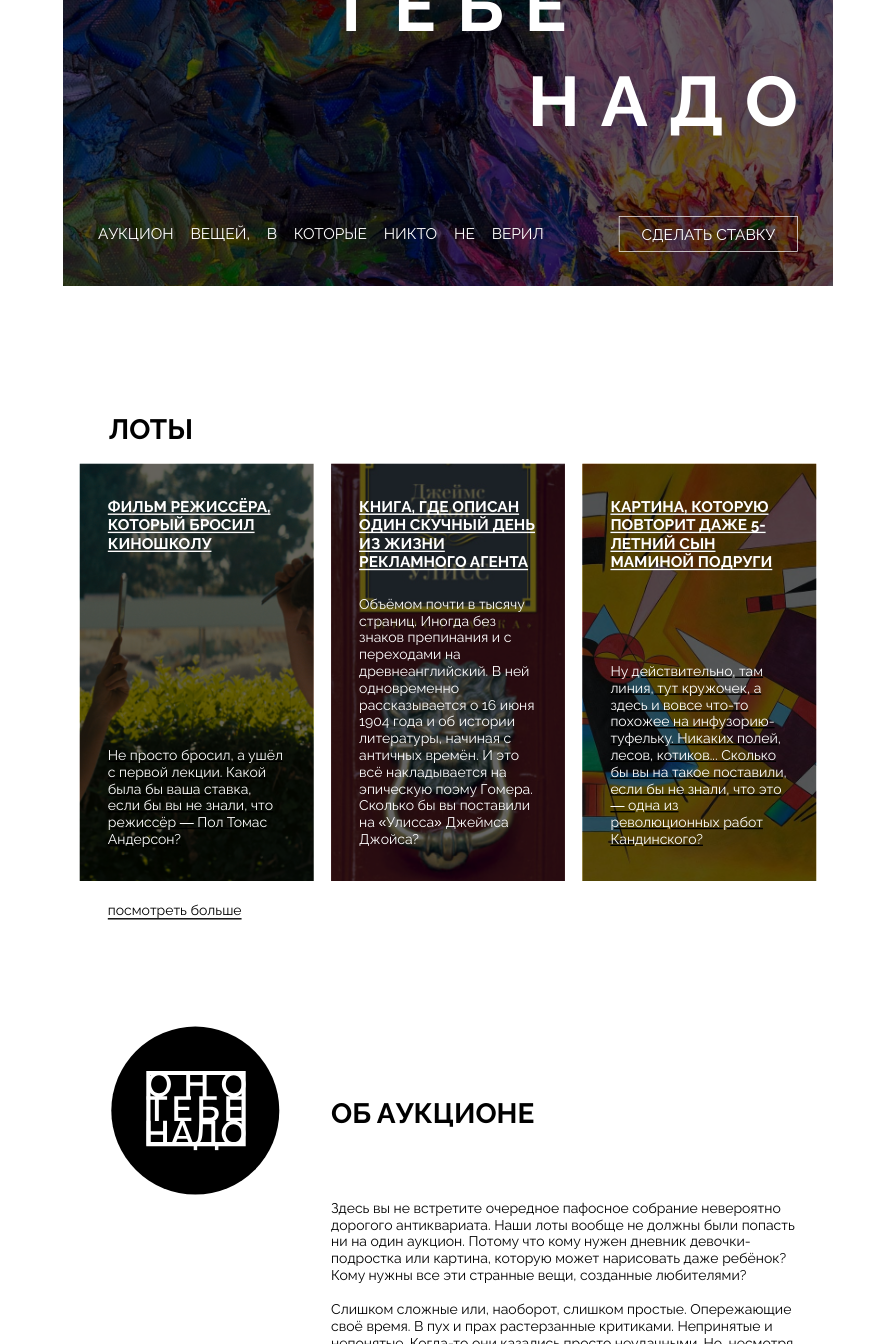
Repository: NikWolf75/ono-tebe-nado-fd
Page: index.html
An editor plug-in stored every save of this project. The page is shown before and after a run of saves, followed by the edit.
The browser window is 1280 px wide. The pictures show the part of the page from y = 641 to 2561 px (the page is 3027 px tall), at 70% of full size.

Above is the page before, as saved 2024-12-18 22:47:42.

### index.html
<!DOCTYPE html>
<html lang="ru">
  <head>
    <meta charset="UTF-8">
    <meta http-equiv="X-UA-Compatible" content="IE=edge">
    <meta name="viewport" content="width=device-width, initial-scale=1.0">
    <link href="./fonts/fonts.css" rel="stylesheet">
    <link href="./styles/global.css" rel="stylesheet">
    <link href="./styles/style.css" rel="stylesheet">
    <title>Оно тебе надо — аукцион вещей, в которые никто не верил</title>
  </head>
  <body>
    <header class="header">
      <nav class="header__menu">
        <ul class="header__links-list">
          <li class="header__links-list-item header__links-list-item_no-bullit">
            <a class="header__link header__link-active" href="#main">главная</a>
          </li>
          <li class="header__links-list-item">
            <a class="header__link" href="#lots">посмотреть лоты</a>
          </li>
          <li class="header__links-list-item">
            <a class="header__link" href="#about-lots">об аукционе</a>
          </li>
        </ul>
      </nav>
      <a class="header__logo">
        <img
          class="header__logo-image"
          src="./images/logo-black.svg"
          alt="Лого"
        >
      </a>
      <address class="address header__address">
        <a href="tel:+99995555555">+9 999 555 5555</a>
        <a href="mailto:info@sobaka.ge">info@sobaka.ge</a>
        <p> наб. Принсенграхт 263- 265, Амстердам</p>
      </address>
    </header>
    <main>
      <section class="cover">
        <div class="overlay"></div>
        <h1 class="cover__title">
          <span class="cover__main-text text-left">Оно</span>
          <span class="cover__main-text text-center">Тебе</span>
          <span class="cover__main-text text-right">Надо</span>
        </h1>
        <div class="cover__discription">
          <p class="cover__discription-text">Аукцион вещей, в которые никто не верил</p>
          <button class="bet-button">Сделать ставку</button>
        </div>
      </section>
      <section class="lots">
        <h2 class="lots__heading">Лоты</h2>
          <ul class="lots__card-list">
            <li class="lots__card-list-item">
              <a class="card-link" href="#main">
                <article class="card card__type_film">
                  <div class="overlay"></div>
                  <h3 class="card__title">
                    Фильм режиссёра, который бросил киношколу
                  </h3>
                  <p class="card__text">
                    Не просто бросил, а ушёл
                    с первой лекции. Какой
                    была бы ваша ставка, если бы вы не знали, что
                    режиссёр — Пол Томас
                    Андерсон?
                  </p>
                </article>
              </a>
            </li>
            <li class="lots__card-list-item">
              <a class="card__link" href="#main">
                <article class="card card__type_book">
                  <div class="overlay"></div>
                  <h3 class="card__title">
                    Книга, где описан
                    один скучный день
                    из жизни
                    рекламного агента
                  </h3>
                  <p class="card__text">
                    Объёмом почти в тысячу
                    страниц. Иногда без
                    знаков препинания и с переходами на
                    древнеанглийский. В ней
                    одновременно
                    рассказывается о 16 июня
                    1904 года и об истории
                    литературы, начиная с
                    античных времён. И это
                    всё накладывается на
                    эпическую поэму Гомера.
                    Сколько бы вы поставили
                    на «Улисса» Джеймса
                    Джойса?
                  </p>
                </article>
              </a>
            </li>
            <li class="lots__card-list-item">
              <a class="card-link" href="#main">
                <article class="card card__type_picture">
                  <div class="overlay"></div>
                  <h3 class="card__title">
                    Картина, которую
                    повторит даже 5-
                    летний сын
                    маминой подруги
                  </h3>
                  <p class="card__text">
                    Ну действительно, там
                    линия, тут кружочек, а
                    здесь и вовсе что-то
                    похожее на инфузорию-
                    туфельку. Никаких полей,
                    лесов, котиков... Сколько
                    бы вы на такое поставили,
                    если бы не знали, что это
                    — одна из
                    революционных работ
                    Кандинского?
                  </p>
                </article>
              </a>
            </li>
          </ul>
          <a class="lots__look-more-link" href="#main">посмотреть больше</a>
      </section>
      <section class="about" id="#about">
        <div class="about__column">
          <div class="about__logo">
            <img
              class="about__logo-image"
              src="./images/logo-white.svg"
              alt="Лого"
            >
          </div>
        </div>
        <div class="about__column">
          <h2 class="about__title">Об аукционе</h2>
          <div class="about__text">
            <p>
              Здесь вы не встретите очередное пафосное собрание невероятно
              дорогого антиквариата. Наши лоты вообще не должны были попасть
              ни на один аукцион. Потому что кому нужен дневник девочки-
              подростка или картина, которую может нарисовать даже ребёнок?
              Кому нужны все эти странные вещи, созданные любителями?
            </p>
            <p>
              Слишком сложные или, наоборот, слишком простые. Опережающие
              своё время. В пух и прах растерзанные критиками. Непринятые
              и непонятые. Когда-то они казались просто неудачными. Но, несмотря
              <br>на критику, кажущуюся простоту или сложность, сейчас без этих
              лотов невозможно представить современную культуру. Когда в эти вещи не
              верил никто, продолжали верить их создатели. И сейчас эти лоты
              стали культовыми.
            </p>
          </div>
        </div>
      </section>
    </main>
    <footer class="footer">
      <address class="address">
        <a href="tel:+99995555555">+9 999 555 5555</a>
        <a href="mailto:info@sobaka.ge">info@sobaka.ge</a>
        <p> наб. Принсенграхт 263-265, Амстердам</p>
      </address>
      <nav class="footer__menu">
        <ul class="footer__menu-list">
          <li class="footer__menu-list-item">
            <a class="footer__menu-link footer__menu-link-active" href="#main">главная</a>
          </li>
          <li class="footer__menu-list-item">
            <a class="footer__menu-link" href="#lots">посмотреть лоты</a>
          </li>
          <li class="footer__menu-list-item">
            <a class="footer__menu-link" href="#about-lots">об аукционе</a>
          </li>
        </ul>
      </nav>
      <div class="footer__social">
        <ul class="footer__social-list">
          <li class="footer__social-list-item">
            <a class="footer__social-link" href="#main">
              <img
                class="footer__social-icon"
                src="./images/yt.svg"
                alt="Ютуб"
              >
            </a>
          </li>
          <li class="footer__menu-list-item">
            <a class="footer__social-link" href="#main">
              <img
                class="footer__social-icon"
                src="./images/vk.svg"
                alt="Вконтакте"
              >
            </a>
          </li>
          <li class="footer__menu-list-item">
            <a class="footer__social-link" href="#main">
              <img
                class="footer__social-icon"
                src="./images/pinterest.svg"
                alt="Пинтерест"
              >
            </a>
          </li>
        </ul>
      </div>
    </footer>
  </body>
</html>

### styles/global.css
*,
*::before,
*::after {
  box-sizing: border-box;
}

body {
  width: 1100px;
  margin: 0 auto;
  font-family: Raleway, sans-serif;
}

h1,
h2,
h3,
h4,
h5,
h6,
p,
ul,
ol,
li,
blockquote {
  margin: 0;
  padding: 0;
}

a {
  color: inherit;
}

img {
  width: 100%;
}

### styles/style.css
.header {
  display: grid;
  grid-template-columns: 1fr min-content 1fr;
  align-items: center;
  padding: 91px 50px 97px 51px;
  font-style: normal;
  font-size: 18px;
  font-weight: 400;
}

.header__links-list {
  display: flex;
  gap: 32px;
  list-style: circle;
}

.header__links-list-item_no-bullit {
  list-style: none;
}

.header__link {
  text-underline-position: under;
}

.header__link-active {
  text-decoration: none;
}

.header__logo {
  width: 148px;
  height: 105px;
  padding: 1px 6px 0 6px;
}

.address {
  max-width: 240px;
  font-style: normal;
  line-height: 135%;
  text-underline-position: under;
}

.header__address {
  justify-self: end;
}

.cover {
  background-image: url(../images/cover.jpg);
  background-size: cover;
  background-repeat: no-repeat;
  background-position: center top;
  display: flex;
  padding: 165px 20px 0 50px;
  flex-direction: column;
  gap: 100px;
  position: relative;
}

.overlay {
  position: absolute;
  z-index: 1;
  top: 0;
  left: 0;
  width: 100%;
  height: 100%;
  background-color: rgb(0, 0, 0, 0.6);
}

.cover__title {
  position: relative;
  z-index: 2;
  font-weight: 700;
  font-size: 100px;
  letter-spacing: 0.3em;
  text-transform: uppercase;
  color: #fff;
}

.cover__main-text {
  display: block;
  line-height: 115%;
}

.text-left {
  line-height: 115%;
}

.text-center {
  text-align: center;
  line-height: 115%;
  padding: 20px 0 20px 0;
}

.text-right {
  text-align: right;
  line-height: 115%;
}

.cover__discription {
  z-index: 2;
  display: flex;
  align-items: center;
  justify-content: start;
  line-height: 140%;
  gap: 107px;
  padding: 7px 0 49px 0;
}

.cover__discription-text {
  font-size: 22px;
  color: #fff;
  word-spacing: 18.5px;
  line-height: 127%;
  white-space: nowrap;
  text-transform: uppercase;
}

.bet-button {
  font-family: Raleway, sans-serif;
  width: 256px;
  height: 51px;
  font-weight: 500;
  text-align: center;
  font-size: 22px;
  color: #fff;
  border: 1px solid #fff;
  text-transform: uppercase;
  background-color: transparent;
}

.lots {
  display: flex;
  flex-direction: column;
  padding: 181px 24px 150px 24px;
  display: flex;
}

.lots__heading {
  font-weight: 700;
  font-size: 40px;
  text-transform: uppercase;
  margin: 0 0 26px 41px;
}

.lots__card-list {
  display: flex;
  flex-wrap: wrap;
  justify-content: center;
  list-style: none;
  gap: 25px;
}

.lots__card-list-item {
  width: 334px;
  min-height: 596px;
  flex-grow: 1;
}

.card__link {
  display: block;
  text-decoration: none;
  height: 100%;
}

.card {
  position: relative;
  background-size: cover;
  background-repeat: no-repeat;
  background-position: center;
  display: flex;
  flex-direction: column;
  justify-content: space-between;
  padding: 48px 40px;
  height: 100%;
}

.card__type_film {
  background-image: url(../images/card-lot-01.jpg);
}

.card__type_book {
  background-image: url(../images/card-lot-02.jpg);
}

.card__type_picture {
  background-image: url(../images/card-lot-03.jpg);
}

.card__title {
  font-weight: 700;
  font-size: 22px;
  line-height: 120%;
  z-index: 2;
  text-transform: uppercase;
  text-decoration: underline;
  text-decoration-skip-ink: none;
  color: #fff;
}

.card__text {
  font-size: 20px;
  line-height: 120%;
  z-index: 2;
  color: #fff;
}

.lots__look-more-link {
  text-underline-position: under;
  font-weight: 400;
  font-size: 20px;
  color: #000;
  padding: 30px 0 4px 40px;
}

.about {
  display: grid;
  grid-template-columns: 330px auto;
  justify-items: center;
  padding: 0 27px 100px 24px;
  gap: 29px;
}

.about__logo {
  display: flex;
  justify-content: center;
  align-items: center;
  width: 240px;
  height: 240px;
  border-radius: 100%;
  background-color: #000;
}

.about__logo-image {
  width: 148px;
  height: 114px;
}

.about__title {
  margin: 100px 0;
  font-size: 40px;
  font-weight: 700;
  font-style: normal;
  text-transform: uppercase;
}

.about__text {
  display: flex;
  flex-direction: column;
  gap: 25px;
  font-size: 20px;
  line-height: 120%;
}

.footer {
  padding: 81px 50px 0;
  display: grid;
  grid-template-columns: 1fr auto 1fr;
  font-size: 18px;
}

.address {
  font-style: normal;
  font-weight: 400;
  line-height: 135%;
  text-underline-position: under;
}

.footer__menu-list {
  display: flex;
  flex-direction: column;
  align-items: center;
  list-style: none;
  padding-bottom: 115px;
}

.footer__menu-link {
  text-underline-position: under;
}

.footer__menu-link_active {
  text-decoration: none;
}

.footer__social {
  justify-self: end;
}

.footer__social-list {
  display: flex;
  justify-content: space-between;
  gap: 48px;
  list-style: none;
}

.footer__social-list-item {
  height: 100%;
}

.footer__social-link {
  text-decoration: none;
}

.footer__social-icon {
  height: 48px;
}

Loaded but not shown: fonts/fonts.css (common file)

After the next 3 saves:
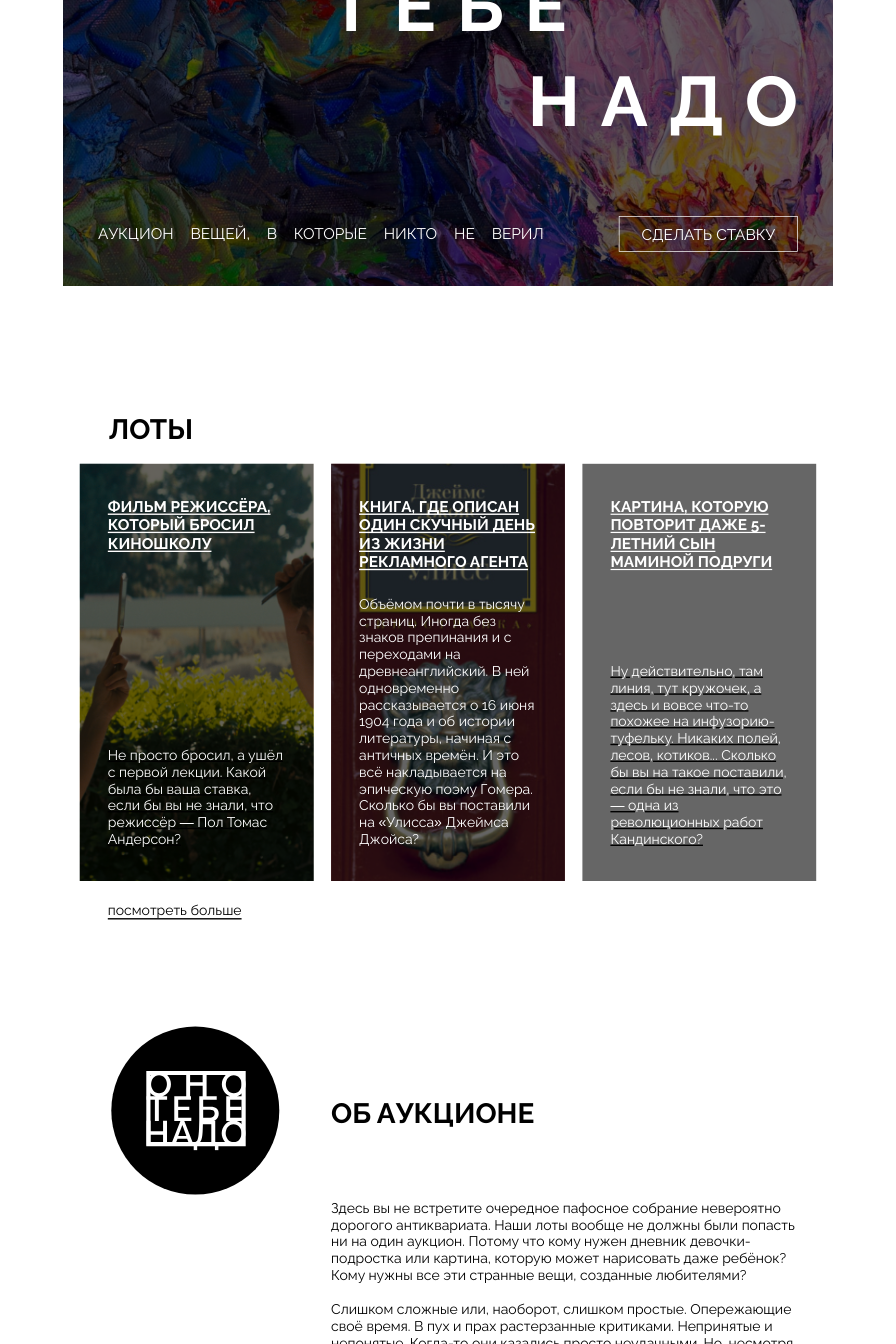
The 3 saves are shown as one change because they came seconds apart.
The last was saved 25 s later.
--- a/styles/style.css
+++ b/styles/style.css
@@ -181,7 +181,7 @@
   background-image: url(../images/card-lot-02.jpg);
 }
 
-.card__type_picture {
+.card_type_picture {
   background-image: url(../images/card-lot-03.jpg);
 }
 
